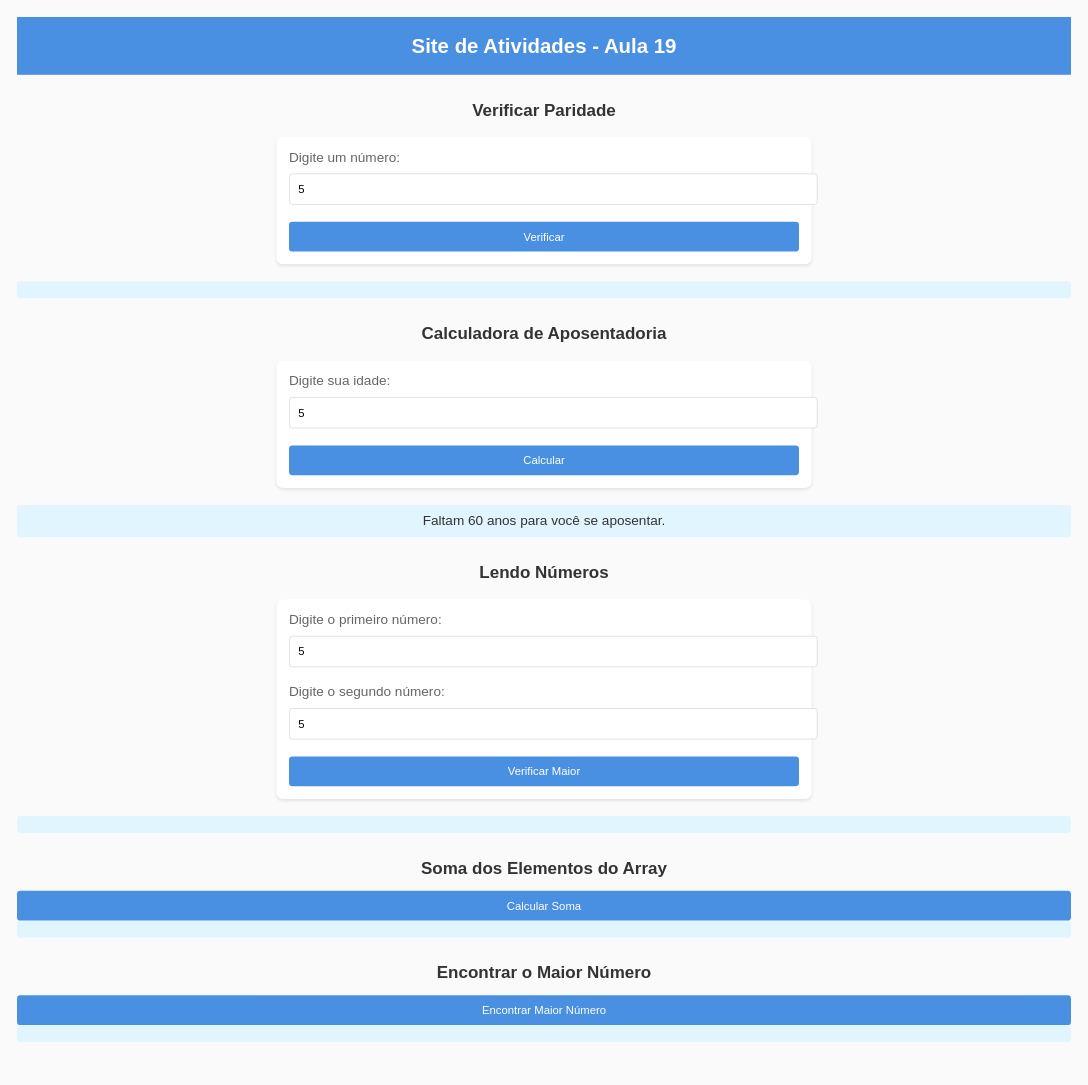
Repository: Gabrielb0rn/Java-script.io
Page: 19aula 1208/index.html
An editor plug-in stored every save of this project. The page is shown before and after a run of saves, followed by the edit.
The browser window is 1280 px wide. The pictures show the whole page, at 85% of full size.
Empty fields were first filled with sample values (such as "Sample", 5 or name@example.com).
After loading, the first visible `#formAposentadoria` was submitted once.

Above is the page before, as saved 2024-08-12 08:59:15.

### 19aula 1208/index.html
<!DOCTYPE html>
<html lang="pt-BR">
<head>
    <meta charset="UTF-8">
    <meta name="viewport" content="width=device-width, initial-scale=1.0">
    <title>Site de atividades - aula 19</title>
    <link rel="stylesheet" href="assets/style.css">
</head>
<body>
    <header>
        <h1>Site de Atividades - Aula 19</h1>
    </header>

    <!-- Seção da Atividade 1: Verificar Paridade -->
    <section>
        <h2>Verificar Paridade</h2>
        <form class="container" id="formParidade">
            <label for="numeroParidade">Digite um número:</label>
            <input type="number" id="numeroParidade" name="numeroParidade" required>
            <button type="submit">Verificar</button>
        </form>
        <p id="resultadoParidade"></p>
    </section>

    <!-- Seção da Atividade 2: Aposentadoria -->
    <section>
        <h2>Calculadora de Aposentadoria</h2>
        <form class="container" id="formAposentadoria">
            <label for="idadeAposentadoria">Digite sua idade:</label>
            <input type="number" id="idadeAposentadoria" name="idadeAposentadoria" required>
            <button type="submit">Calcular</button>
        </form>
        <p id="resultadoAposentadoria"></p>
    </section>

    <!-- Seção da Atividade 3: Lendo Números -->
    <section>
        <h2>Lendo Números</h2>
        <form class="container" id="formLendoNumeros">
            <label for="numero1">Digite o primeiro número:</label>
            <input type="number" id="numero1" name="numero1" required>
            <label for="numero2">Digite o segundo número:</label>
            <input type="number" id="numero2" name="numero2" required>
            <button type="submit">Verificar Maior</button>
        </form>
        <p id="resultadoLendoNumeros"></p>
    </section>

    <!-- Seção da Atividade 4: Soma dos Elementos do Array -->
    <section>
        <h2>Soma dos Elementos do Array</h2>
        <button id="calcularSoma">Calcular Soma</button>
        <p id="resultadoSoma"></p>
    </section>

    <!-- Seção da Atividade 5: Encontrar o Maior Número -->
    <section>
        <h2>Encontrar o Maior Número</h2>
        <button id="encontrarMaior">Encontrar Maior Número</button>
        <p id="resultadoMaior"></p>
    </section>

    <script src="assets/scripts.js"></script>
</body>
</html>

### 19aula 1208/assets/style.css
/* Estilo geral */
body {
    font-family: 'Arial', sans-serif;
    background-color: #FAFAFA;
    color: #333;
    margin: 0;
    padding: 20px;
}

header {
    background-color: #4A90E2;
    color: #FFFFFF;
    text-align: center;
    padding: 20px 0;
    margin-bottom: 30px;
}

h1 {
    margin: 0;
    font-size: 24px;
}

h2 {
    font-size: 20px;
    color: #333333;
    text-align: center;
    margin-bottom: 15px;
}

.container {
    background: #FFFFFF;
    padding: 15px;
    border-radius: 8px;
    box-shadow: 0 2px 4px rgba(0,0,0,0.1);
    width: 90%;
    max-width: 600px;
    margin: 20px auto;
}

label {
    display: block;
    margin-bottom: 10px;
    color: #666;
}

input[type="number"], input[type="text"] {
    width: 100%;
    padding: 10px;
    margin-bottom: 20px;
    border: 1px solid #DDD;
    border-radius: 4px;
}

button {
    width: 100%;
    padding: 10px;
    background-color: #4A90E2;
    color: white;
    border: none;
    border-radius: 4px;
    cursor: pointer;
    transition: background-color 0.3s;
}

button:hover {
    background-color: #357ABD;
}

p {
    padding: 10px;
    background-color: #E1F5FE;
    border-radius: 4px;
    text-align: center;
    color: #333;
    margin-top: 0;
}

section {
    margin-bottom: 30px;
}

### 19aula 1208/assets/scripts.js
//  -------------------------- Verificar Paridade ------------------------------------

document.getElementById('formParidade').addEventListener('submit', function(event) {
    event.preventDefault();
    const numero = parseInt(document.getElementById('numeroParidade').value);
    const resultado = verificarParidade(numero);
    document.getElementById('resultadoParidade').innerText = `O número é ${resultado}.`;
});

function verificarParidade(numero) {
    return numero % 2 === 0 ? "Par" : "Ímpar";
}

// --------------------------- Calculadora de Aposentadoria --------------------------

document.getElementById('formAposentadoria').addEventListener('submit', function(event) {
    event.preventDefault();
    const idade = parseInt(document.getElementById('idadeAposentadoria').value);
    const resultado = idadeParaAposentadoria(idade);
    document.getElementById('resultadoAposentadoria').innerText = resultado;
});

function idadeParaAposentadoria(idade) {
    const idadeMinimaParaAposentadoria = 65;
    if (idade >= idadeMinimaParaAposentadoria) {
        return "Você já pode se aposentar.";
    } else {
        const anosRestantes = idadeMinimaParaAposentadoria - idade;
        return `Faltam ${anosRestantes} anos para você se aposentar.`;
    }
}

// ------------------------------ Lendo Números --------------------------------------

document.getElementById('formLendoNumeros').addEventListener('submit', function(event) {
    event.preventDefault();
    const numero1 = parseInt(document.getElementById('numero1').value);
    const numero2 = parseInt(document.getElementById('numero2').value);
    const maiorNumero = Math.max(numero1, numero2);
    document.getElementById('resultadoLendoNumeros').innerText = `Maior número entrado: ${maiorNumero}`;
});

// ------------------------ Soma dos Elementos do Array -----------------------------

function calcularSoma() {
    const input = document.getElementById('arrayInput').value;
    const numeros = input.split(',').map(Number);
    const soma = somaElementos(numeros);
    document.getElementById('resultadoSoma').innerText = `Soma dos elementos: ${soma}`;
}

// ------------------------ Encontrar o Maior Número --------------------------------

function encontrarMaior() {
    const input = document.getElementById('maiorArrayInput').value;
    const numeros = input.split(',').map(Number);
    const maiorNumero = encontrarMaiorNumero(numeros);
    document.getElementById('resultadoMaior').innerText = `Maior número no array: ${maiorNumero}`;
}

After the next 6 saves:
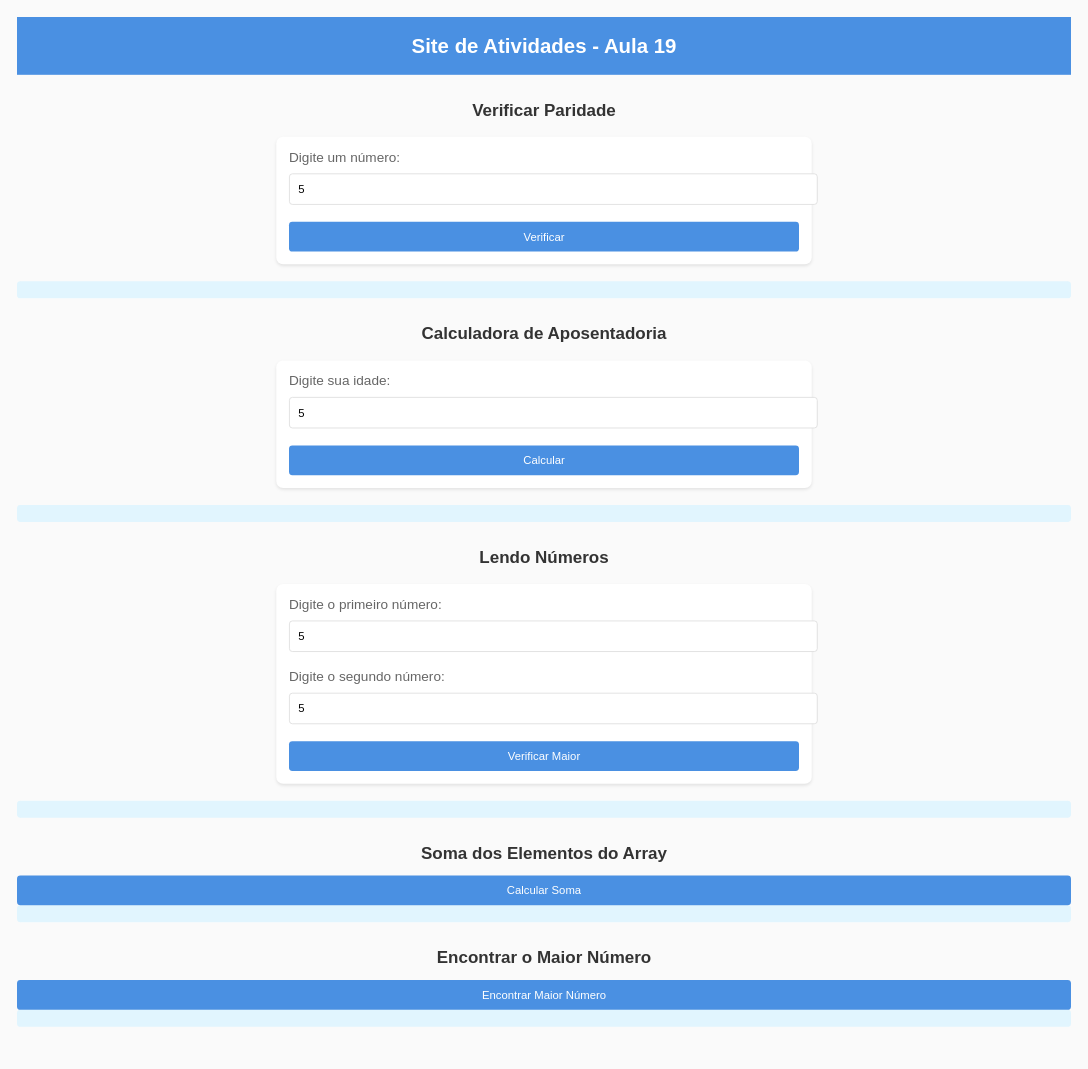
Console error: TypeError: Cannot read properties of null (reading 'value')
The 6 saves are shown as one change because they came seconds apart.
The last was saved 16 s later.
--- a/19aula 1208/assets/scripts.js
+++ b/19aula 1208/assets/scripts.js
@@ -1,59 +1,29 @@
-//  -------------------------- Verificar Paridade ------------------------------------
 
-document.getElementById('formParidade').addEventListener('submit', function(event) {
-    event.preventDefault();
-    const numero = parseInt(document.getElementById('numeroParidade').value);
-    const resultado = verificarParidade(numero);
-    document.getElementById('resultadoParidade').innerText = `O número é ${resultado}.`;
-});
 
-function verificarParidade(numero) {
-    return numero % 2 === 0 ? "Par" : "Ímpar";
-}
 
-// --------------------------- Calculadora de Aposentadoria --------------------------
+
+
+
+
+
+
+
+//  --------------------------------- Aposentadoria -------------------------------------------
 
 document.getElementById('formAposentadoria').addEventListener('submit', function(event) {
     event.preventDefault();
-    const idade = parseInt(document.getElementById('idadeAposentadoria').value);
-    const resultado = idadeParaAposentadoria(idade);
-    document.getElementById('resultadoAposentadoria').innerText = resultado;
+    const idade = document.getElementById('idade').value;
+    const idadeMinimaParaAposentadoria = 65;
+    let resultado;
+
+    if (idade >= idadeMinimaParaAposentadoria) {
+        resultado = "Você já pode se aposentar.";
+    } else {
+        const anosRestantes = idadeMinimaParaAposentadoria - idade;
+        resultado = `Faltam ${anosRestantes} anos para você se aposentar.`;
+    }
+
+    document.getElementById('resultado').innerText = resultado;
 });
 
-function idadeParaAposentadoria(idade) {
-    const idadeMinimaParaAposentadoria = 65;
-    if (idade >= idadeMinimaParaAposentadoria) {
-        return "Você já pode se aposentar.";
-    } else {
-        const anosRestantes = idadeMinimaParaAposentadoria - idade;
-        return `Faltam ${anosRestantes} anos para você se aposentar.`;
-    }
-}
-
-// ------------------------------ Lendo Números --------------------------------------
-
-document.getElementById('formLendoNumeros').addEventListener('submit', function(event) {
-    event.preventDefault();
-    const numero1 = parseInt(document.getElementById('numero1').value);
-    const numero2 = parseInt(document.getElementById('numero2').value);
-    const maiorNumero = Math.max(numero1, numero2);
-    document.getElementById('resultadoLendoNumeros').innerText = `Maior número entrado: ${maiorNumero}`;
-});
-
-// ------------------------ Soma dos Elementos do Array -----------------------------
-
-function calcularSoma() {
-    const input = document.getElementById('arrayInput').value;
-    const numeros = input.split(',').map(Number);
-    const soma = somaElementos(numeros);
-    document.getElementById('resultadoSoma').innerText = `Soma dos elementos: ${soma}`;
-}
-
-// ------------------------ Encontrar o Maior Número --------------------------------
-
-function encontrarMaior() {
-    const input = document.getElementById('maiorArrayInput').value;
-    const numeros = input.split(',').map(Number);
-    const maiorNumero = encontrarMaiorNumero(numeros);
-    document.getElementById('resultadoMaior').innerText = `Maior número no array: ${maiorNumero}`;
-}
+// -----------------------------------------------------------------------------------------------

After the save that followed:
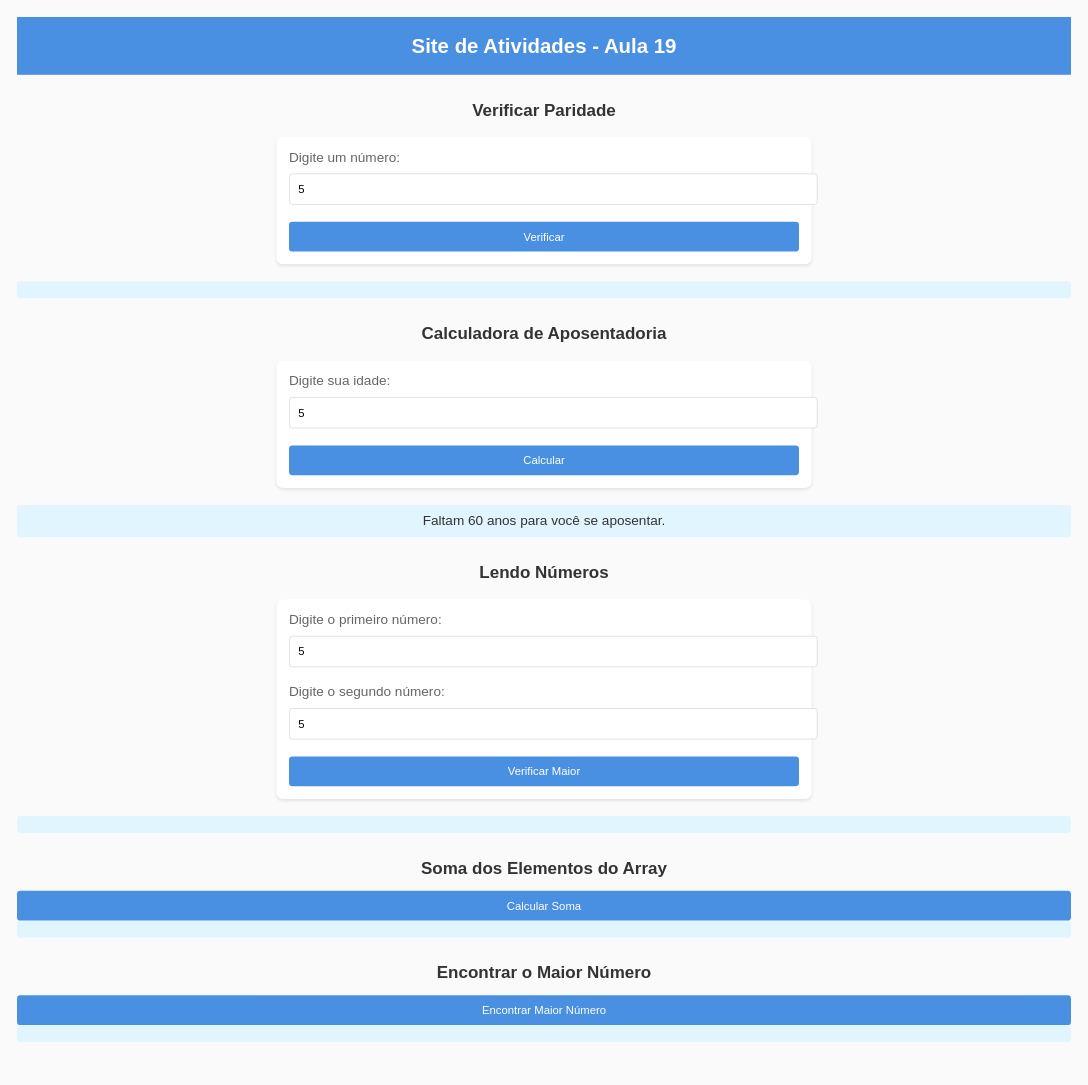
The error is gone.
Saved 14 s later.
--- a/19aula 1208/assets/scripts.js
+++ b/19aula 1208/assets/scripts.js
@@ -1,29 +1,65 @@
+//  -------------------------- Verificar Paridade ------------------------------------
 
+document.getElementById('formParidade').addEventListener('submit', function(event) {
+    event.preventDefault();
+    const numero = parseInt(document.getElementById('numeroParidade').value);
+    const resultado = verificarParidade(numero);
+    document.getElementById('resultadoParidade').innerText = `O número é ${resultado}.`;
+});
 
+function verificarParidade(numero) {
+    return numero % 2 === 0 ? "Par" : "Ímpar";
+}
 
-
-
-
-
-
-
-
-//  --------------------------------- Aposentadoria -------------------------------------------
+// --------------------------- Calculadora de Aposentadoria --------------------------
 
 document.getElementById('formAposentadoria').addEventListener('submit', function(event) {
     event.preventDefault();
-    const idade = document.getElementById('idade').value;
+    const idade = parseInt(document.getElementById('idadeAposentadoria').value);
+    const resultado = idadeParaAposentadoria(idade);
+    document.getElementById('resultadoAposentadoria').innerText = resultado;
+});
+
+function idadeParaAposentadoria(idade) {
     const idadeMinimaParaAposentadoria = 65;
-    let resultado;
-
     if (idade >= idadeMinimaParaAposentadoria) {
-        resultado = "Você já pode se aposentar.";
+        return "Você já pode se aposentar.";
     } else {
         const anosRestantes = idadeMinimaParaAposentadoria - idade;
-        resultado = `Faltam ${anosRestantes} anos para você se aposentar.`;
+        return `Faltam ${anosRestantes} anos para você se aposentar.`;
     }
+}
 
-    document.getElementById('resultado').innerText = resultado;
+// ------------------------------ Lendo Números --------------------------------------
+
+document.getElementById('formLendoNumeros').addEventListener('submit', function(event) {
+    event.preventDefault();
+    const numero1 = parseInt(document.getElementById('numero1').value);
+    const numero2 = parseInt(document.getElementById('numero2').value);
+    const maiorNumero = Math.max(numero1, numero2);
+    document.getElementById('resultadoLendoNumeros').innerText = `Maior número entrado: ${maiorNumero}`;
 });
 
-// -----------------------------------------------------------------------------------------------
+// ------------------------ Soma dos Elementos do Array -----------------------------
+
+document.getElementById('calcularSoma').addEventListener('click', function() {
+    const numeros = [5, 10, 15, 20, 25]; // Array de exemplo
+    const soma = somaElementos(numeros);
+    document.getElementById('resultadoSoma').innerText = `Soma dos elementos: ${soma}`;
+});
+
+function somaElementos(array) {
+    return array.reduce((total, num) => total + num, 0);
+}
+
+// ------------------------ Encontrar o Maior Número --------------------------------
+
+document.getElementById('encontrarMaior').addEventListener('click', function() {
+    const numeros = [5, 10, 15, 20, 25]; // Array de exemplo
+    const maiorNumero = encontrarMaiorNumero(numeros);
+    document.getElementById('resultadoMaior').innerText = `Maior número no array: ${maiorNumero}`;
+});
+
+function encontrarMaiorNumero(array) {
+    return Math.max(...array);
+}
